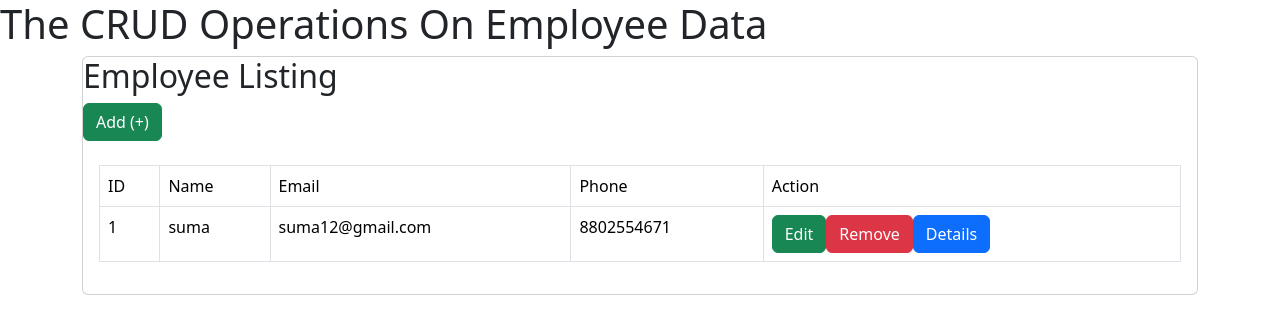
Repository: suraj-yadav7/CRUD_Emp_Data
Page: /
These files come from the project's save history. The page is drawn as it stood at one moment and after the next save; the edit follows.
The browser window is 1280 px wide. The pictures show the whole page.
The project was rebuilt for these pictures with package versions that can differ from the ones it lists, and the page was loaded fresh each time. Requests to the local data server were answered from the project's data file. Also part of the build but not shown: src/App.css, src/components/EmpCreate.jsx, src/components/EmpDetails.jsx, src/components/EmpEdit.jsx.

Above is the page before, as saved 2023-06-11 17:34:11.

After the next save:
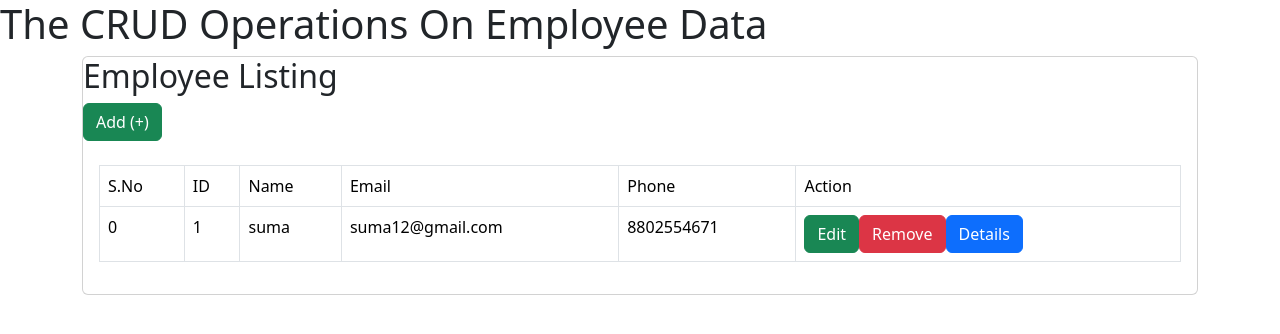
Saved 111 s later.
--- a/src/components/Employee.jsx
+++ b/src/components/Employee.jsx
@@ -37,6 +37,7 @@ const Employee = () => {
                 <table className='table table-bordered'>
                     <thead className='bg-dark text-white'>
                         <tr>
+                            <td>S.No</td>
                             <td>ID</td>
                             <td>Name</td>
                             <td>Email</td>
@@ -46,8 +47,9 @@ const Employee = () => {
                     </thead>
                         <tbody>
                                 {
-                                    empData && empData.map((elem)=>(
+                                    empData && empData.map((elem,index)=>(
                                         <tr key = {elem.id}>
+                                        <td>{index}</td>
                                         <td>{elem.id} </td>
                                         <td>{elem.name} </td>
                                         <td>{elem.email} </td>
